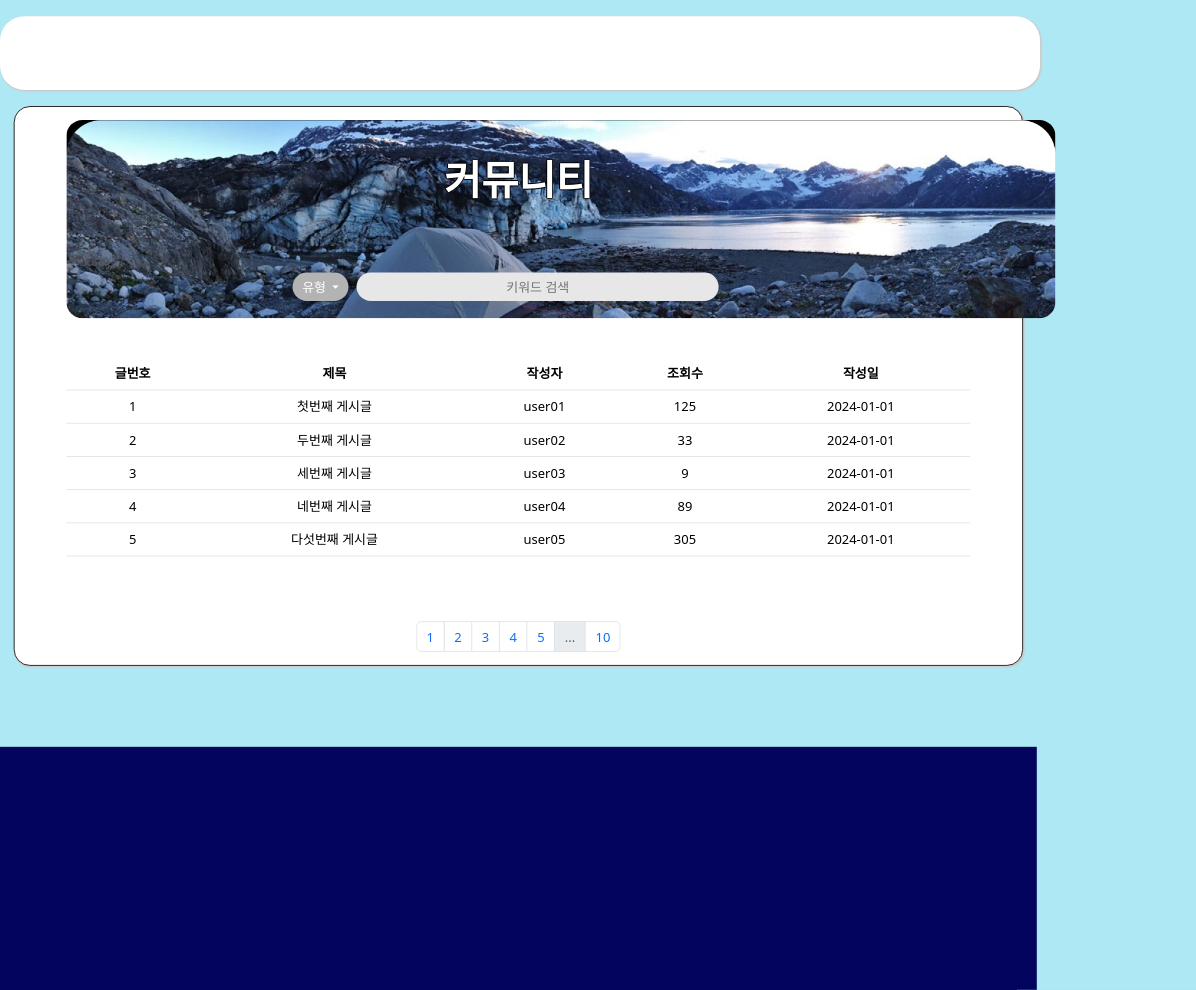
Repository: KimMJ0964/jsp
Page: http://localhost/Trafi/views/community/communityMain.jsp
An editor plug-in stored every save of this project. The page is shown before and after the next save, followed by the edit.
The browser window is 1280 px wide. The page is 1477 px wide, so the pictures cover 1477 px, including what lies to the right of the window. The pictures show the whole page, at 81% of full size.
The page is served by Tomcat 9.

Above is the page before, as saved 2024-09-19 07:47:47.

After the next save:
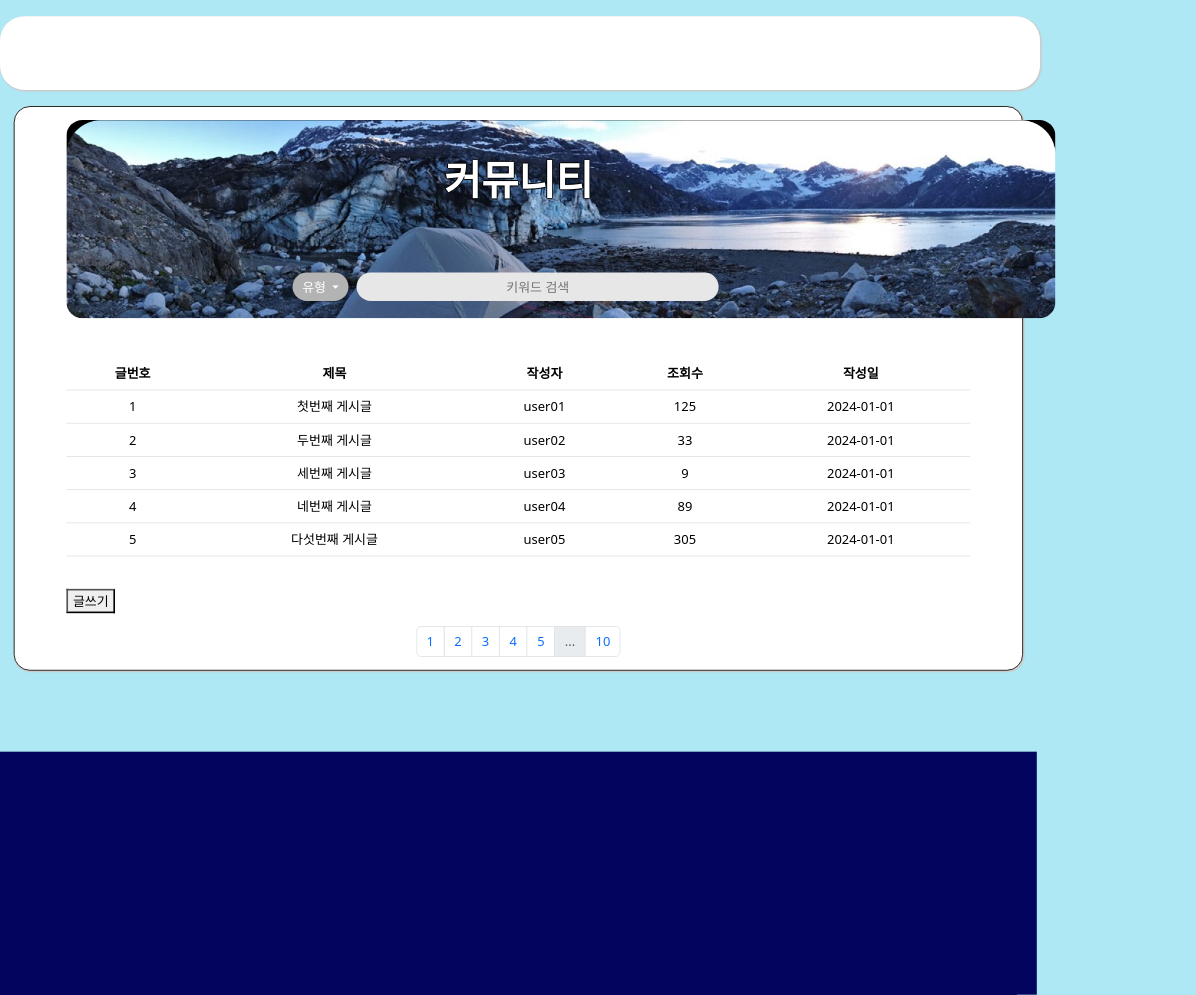
Saved 17 min 19 s later.
--- a/Trafi/src/main/webapp/views/community/communityMain.jsp
+++ b/Trafi/src/main/webapp/views/community/communityMain.jsp
@@ -303,7 +303,9 @@
                     </tr>
                 </tbody>
             </table>
-            <br><br>
+            <br>
+            <button>글쓰기</button>
+            <br>
             <!-- Pagination -->
             <nav aria-label="Page navigation">
                 <ul class="pagination justify-content-center mt-3">
